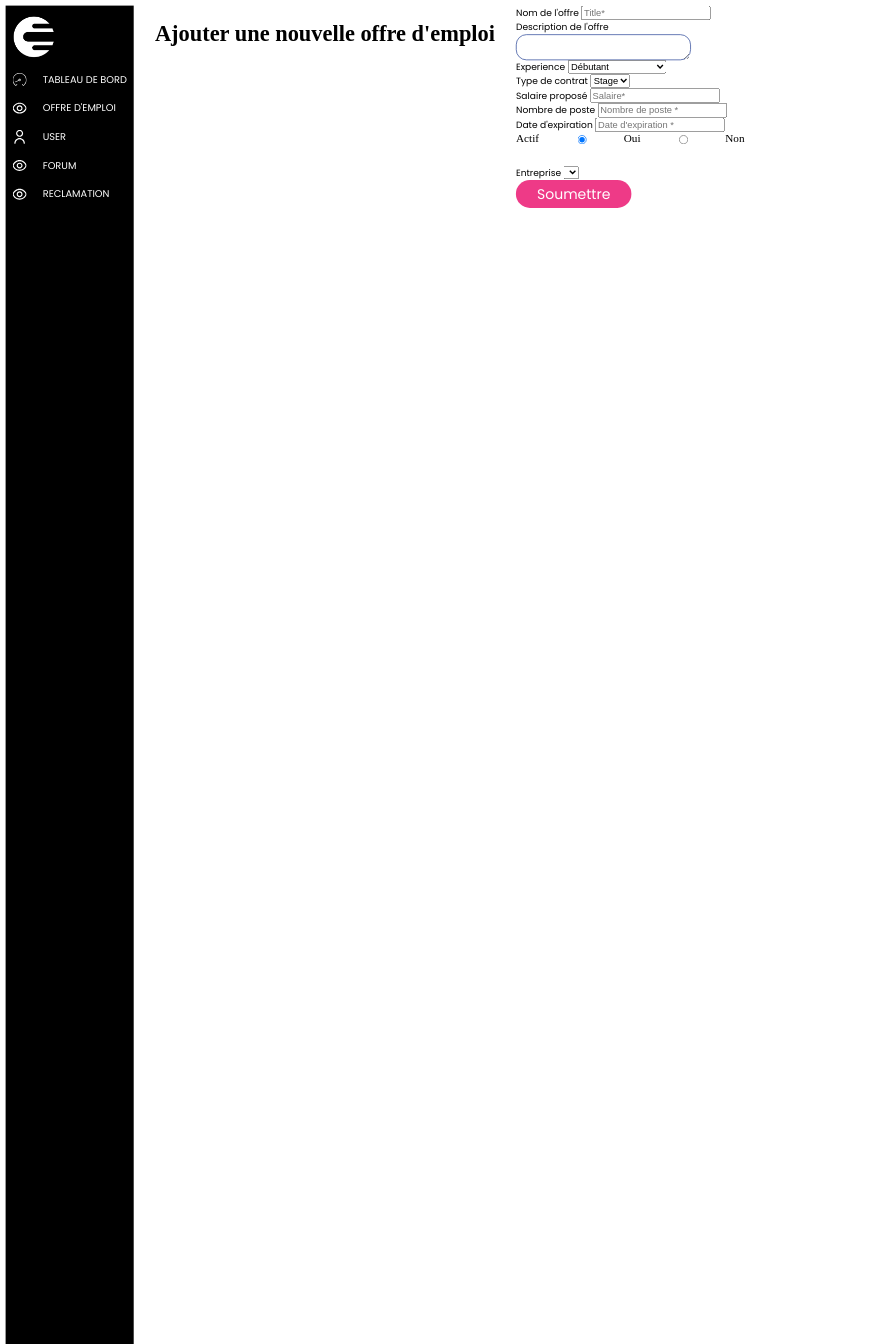
Repository: sophiegafsi/web
Page: http://localhost/admin/index.php?controller=joboffer&action=add
The author's editor kept a copy of each file at every save. The page is drawn from the files as they stood at one save, then again after a run of saves.
The browser window is 1280 px wide. The pictures show the part of the page from y = 0 to 1920 px (the page is 2916 px tall), at 70% of full size.
The page is run by PHP 8.4 with error messages shown; the project is at /var/www/html/. Queries for data that is not in the repository find no rows.

Above is the page before, as saved 2024-05-05 22:05:21.

After the next 5 saves:
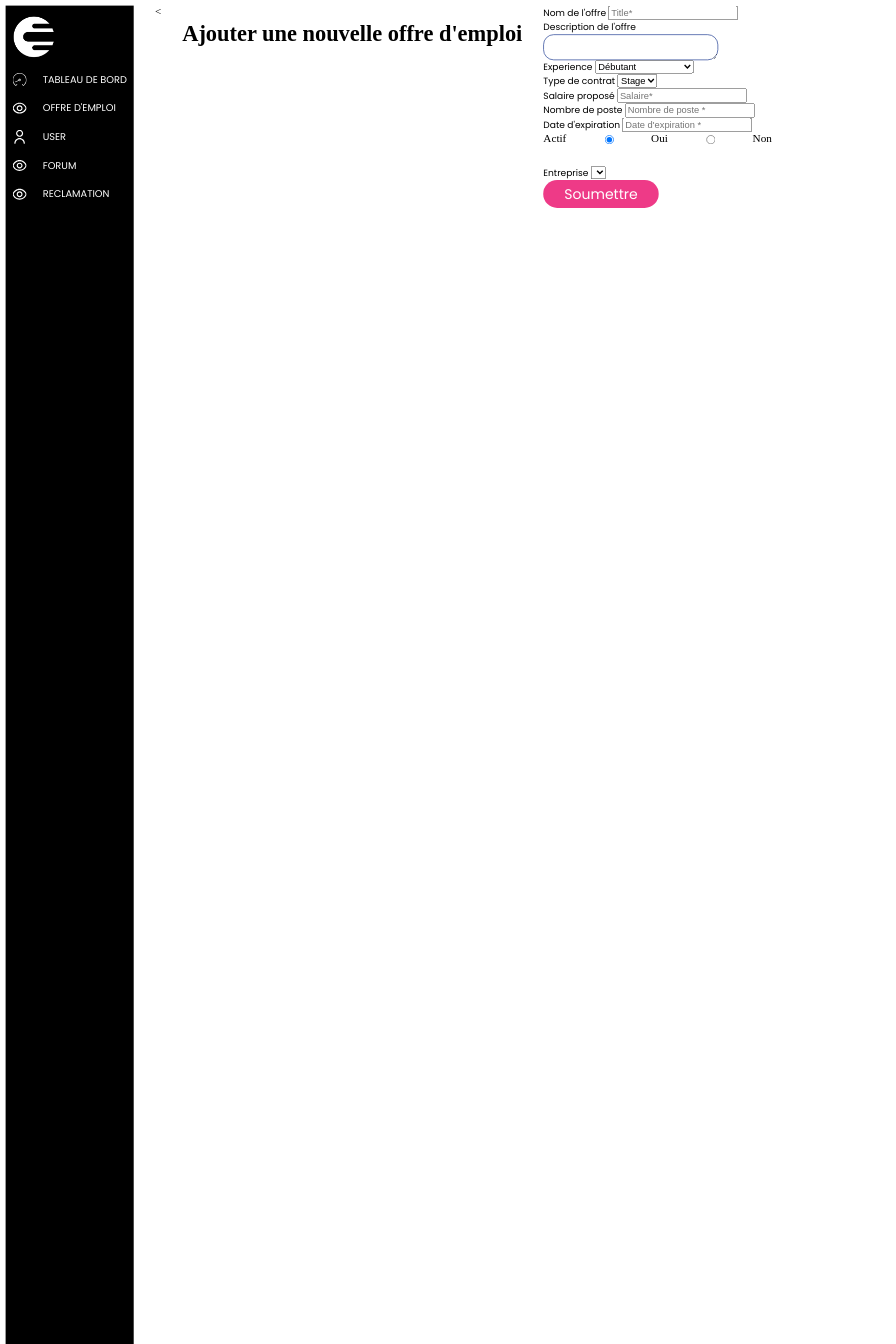
The 5 saves are shown as one change because they came seconds apart.
The last was saved 49 s later.
--- a/view/admin/job_offer/add.php
+++ b/view/admin/job_offer/add.php
@@ -1,7 +1,7 @@
 <?php
 include _PROJECT_DIR_.'/view/admin/layout/header.php';
 ?>
-    <h1 class="title-joboffer">Ajouter une nouvelle offre d'emploi</h1>
+
 
 <?php
 if(isset($errors)){
@@ -10,7 +10,8 @@ if(isset($errors)){
     }
 }
 ?>
-
+<
+<h1 class="title-joboffer">Ajouter une nouvelle offre d'emploi</h1>
 <form action="" method="post" class="joboffer-form">
         <div  class="style-form-input">
             Nom de l'offre
